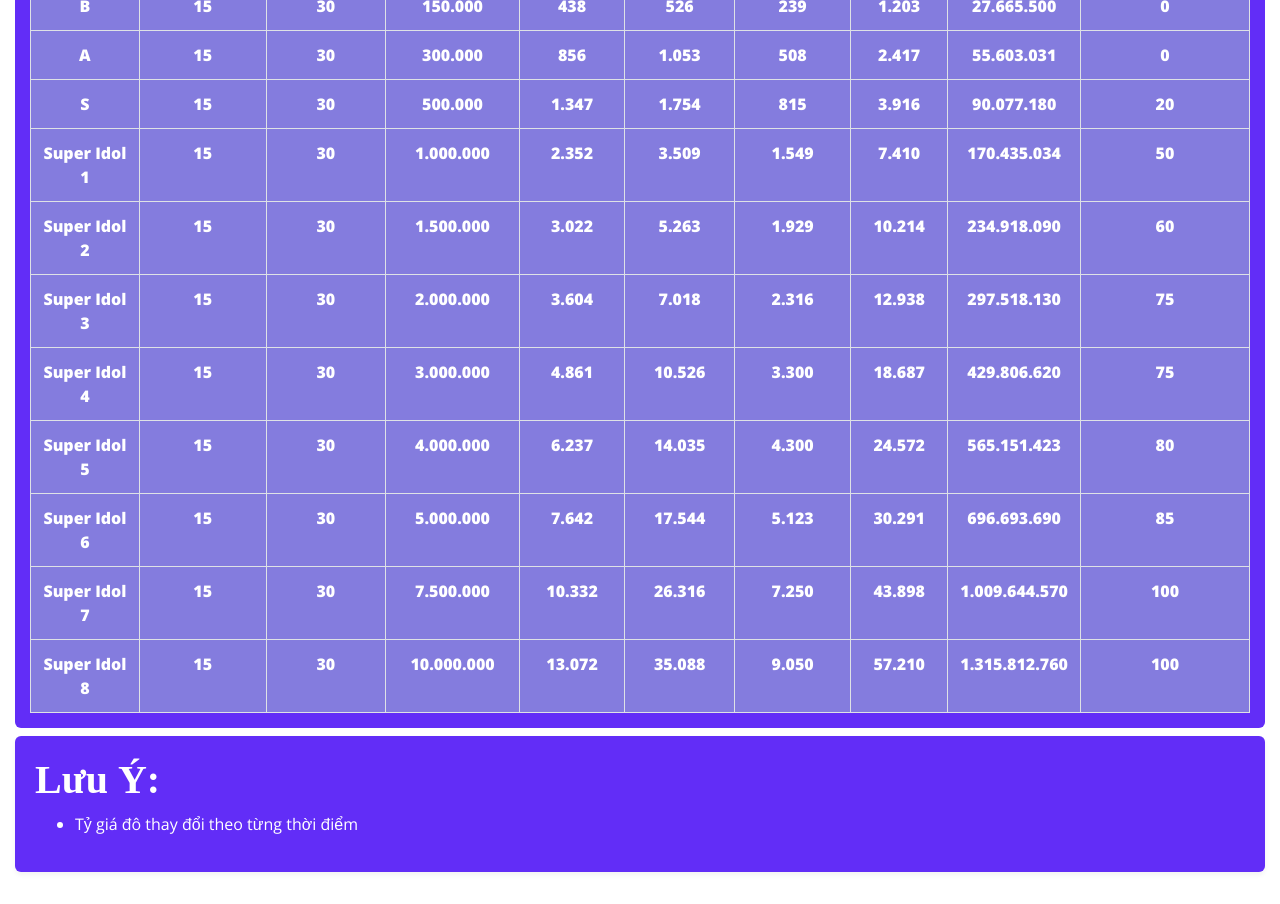
Repository: dav1601/nimo-work
Page: index.html
An editor plug-in stored every save of this project. The page is shown before and after a run of saves, followed by the edit.
The browser window is 1280 px wide. The pictures show the part of the page from y = 591 to 1543 px (the page is 1495 px tall before and 1543 px after).
A picture or video elsewhere on the page could not be fetched, so the positions and the page height are approximate.

Above is the page before, as saved 2022-04-15 01:26:02.

After the next 2 saves:
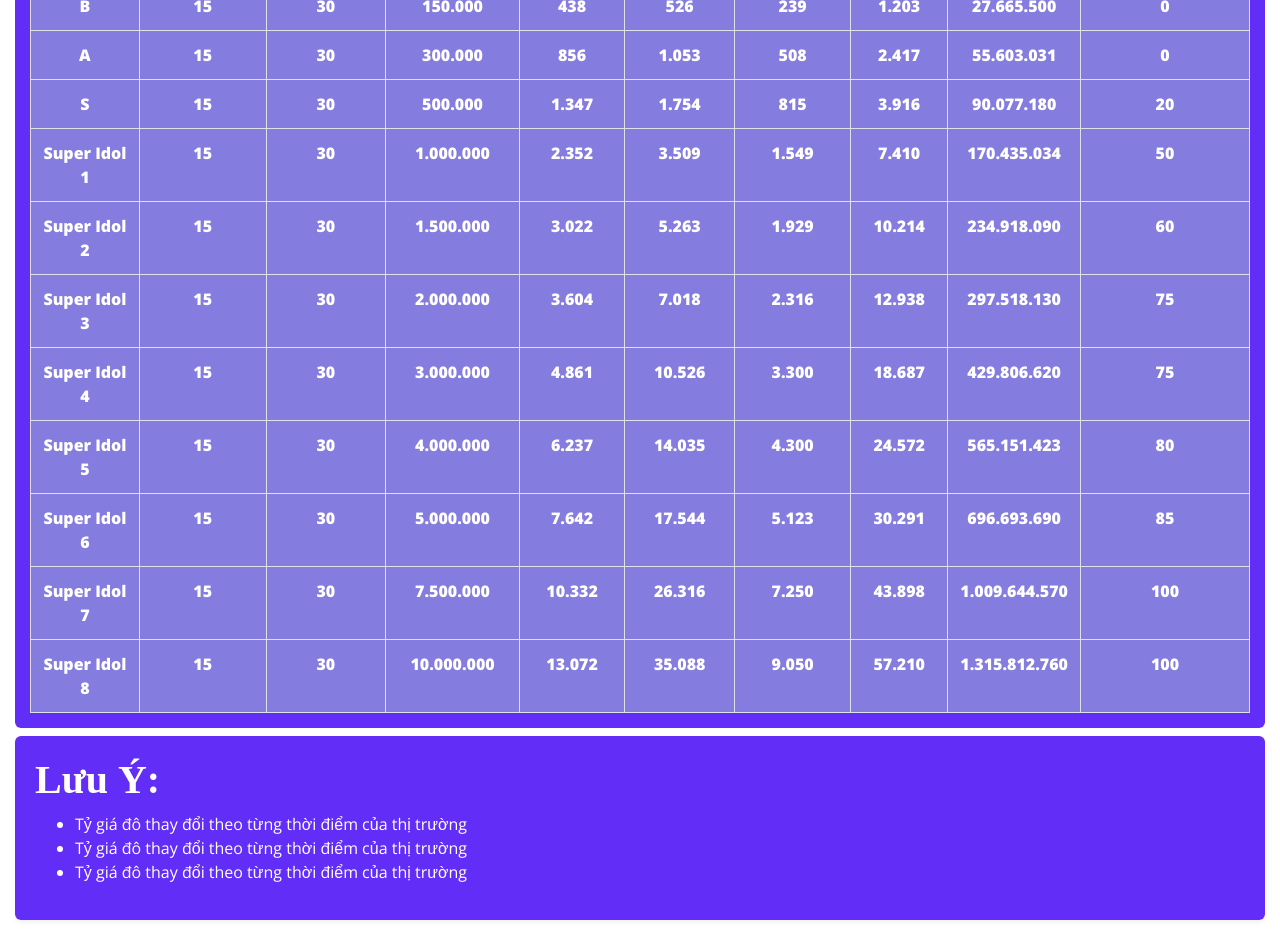
The 2 saves are shown as one change because they came seconds apart.
The last was saved 8 s later.
--- a/index.html
+++ b/index.html
@@ -386,7 +386,9 @@
         <footer class="mt-2">
              <h1>Lưu Ý:</h1>
              <ul>
-                 <li>Tỷ giá đô thay đổi theo từng thời điểm</li>
+                 <li>Tỷ giá đô thay đổi theo từng thời điểm của thị trường</li>
+                 <li>Tỷ giá đô thay đổi theo từng thời điểm của thị trường</li>
+                 <li>Tỷ giá đô thay đổi theo từng thời điểm của thị trường</li>
              </ul>
         </footer>
     </div>
